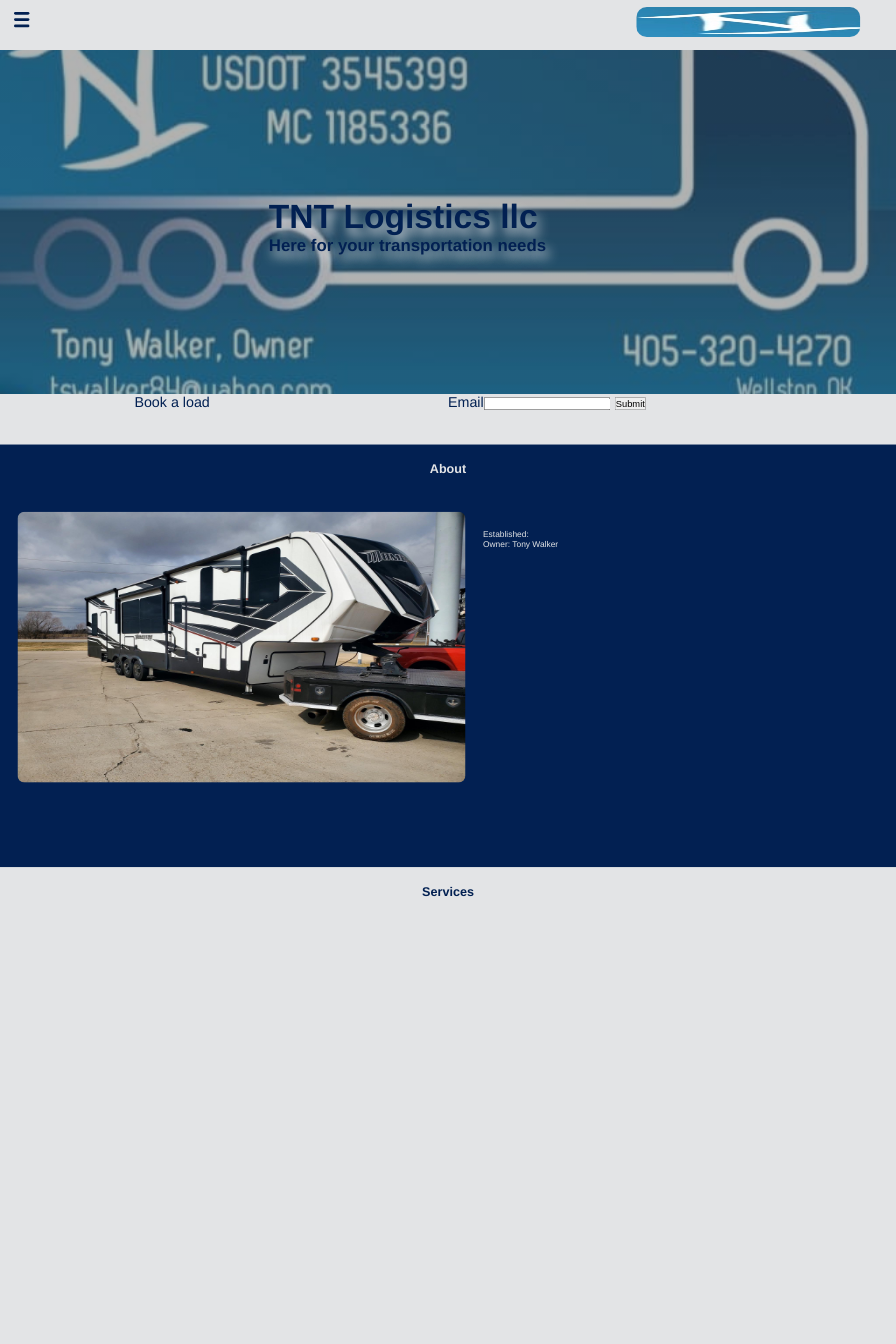
Repository: tommygoverstreet/tntlogisticsllc
Page: index.html
An editor plug-in stored every save of this project. The page is shown before and after a run of saves, followed by the edit.
The browser window is 1280 px wide. The pictures show the part of the page from y = 0 to 1920 px (the page is 3647 px tall), at 70% of full size.
Backgrounds fixed to the window are drawn as part of the page. Some web fonts or font styles are not loaded; a fallback is used.

Above is the page before, as saved 2022-04-18 22:49:21.

After the next 4 saves:
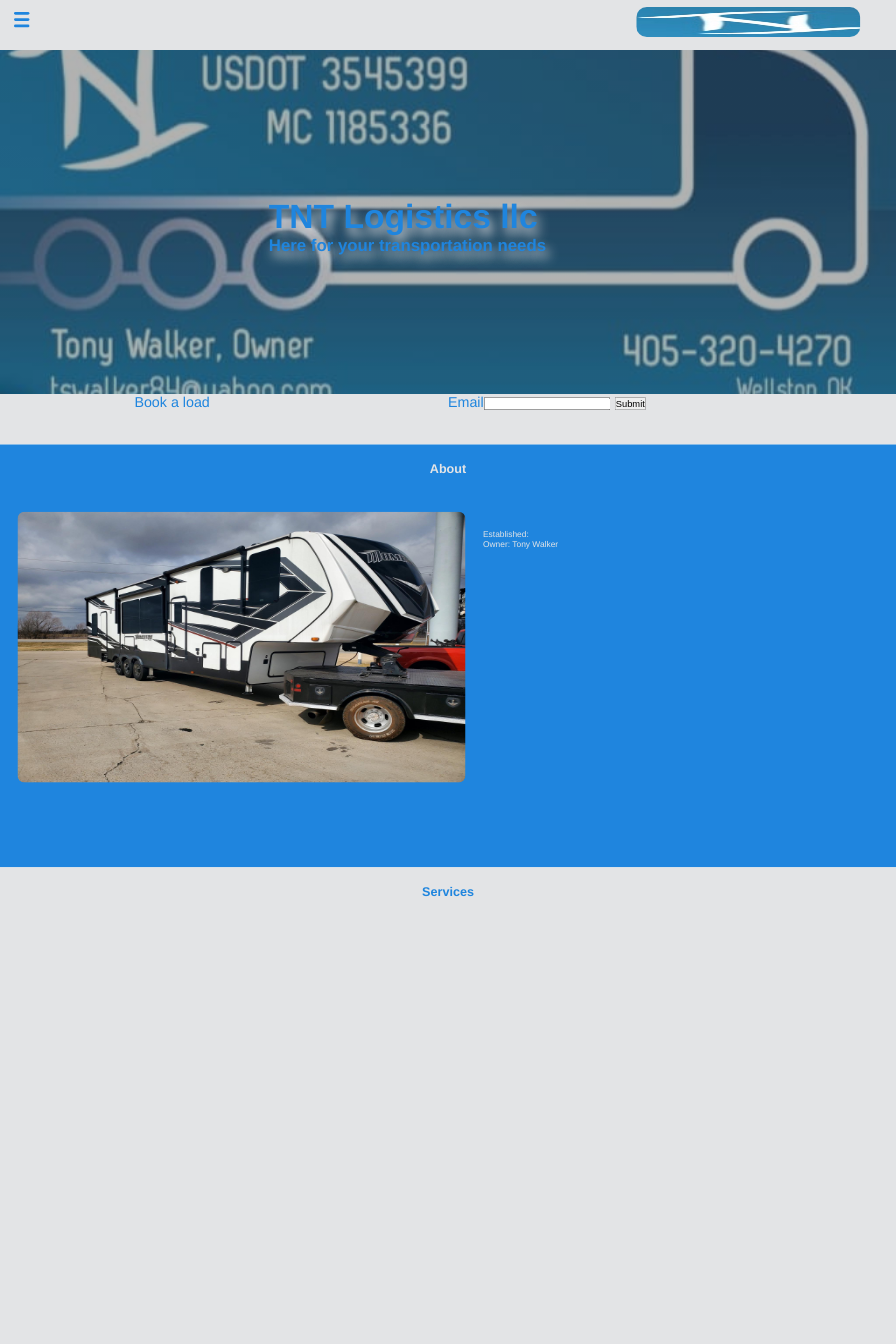
The 4 saves are shown as one change because they came seconds apart.
The last was saved 3 min 52 s later.
--- a/style/main.css
+++ b/style/main.css
@@ -1,7 +1,7 @@
 @import url("https://fonts.googleapis.com/css2?family=Bebas+Neue&family=Square+Peg&display=swap");
 
 :root {
- --secondary: rgb(2, 32, 82);
+ --secondary: #1F85DE;
  --main: rgb(227, 228, 230);
  --light: rgb(145, 148, 153);
  --dark: #1D2731;
